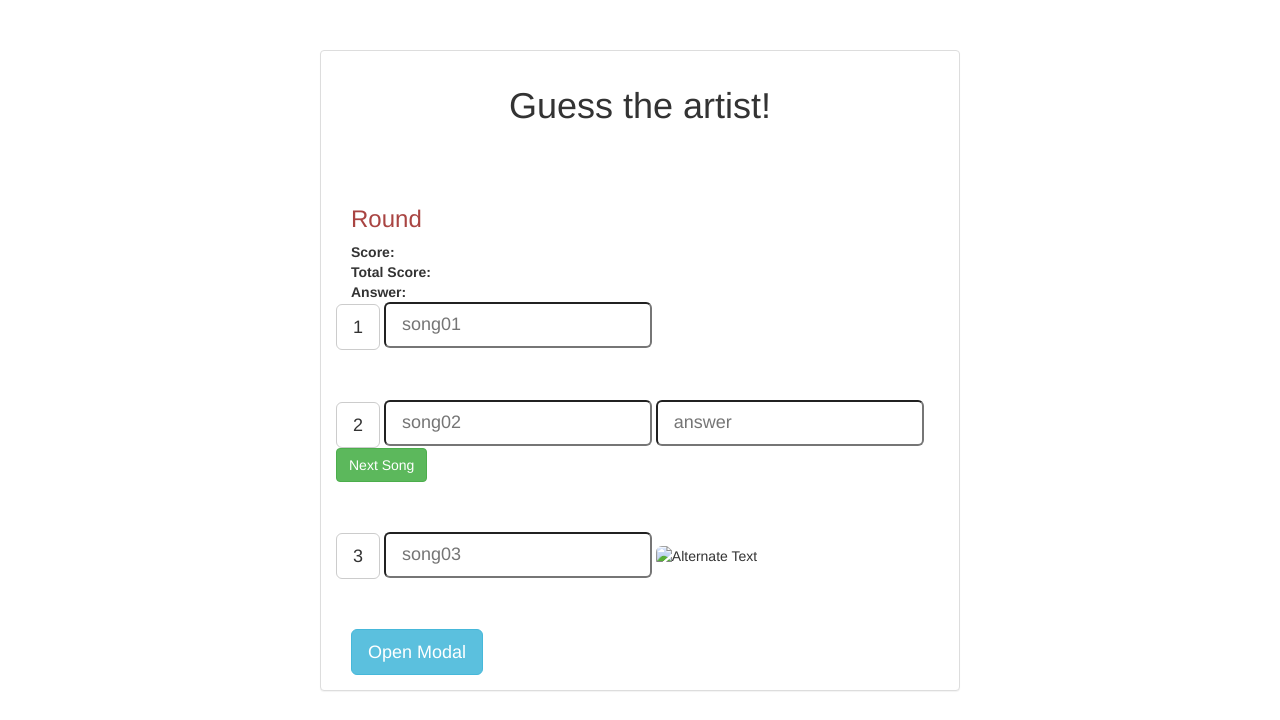
Repository: VladLevishevGIT/MyProjects
Page: Java/GuessTheArtistQuizWeb/WebContent/GuessTheArtist.html
An editor plug-in stored every save of this project. The page is shown before and after the next save, followed by the edit.
The browser window is 1280 px wide. The pictures show the whole page.
The page's requests for data from a server got no answer.

Above is the page before, as saved 2017-03-16 15:04:19.

After the next save:
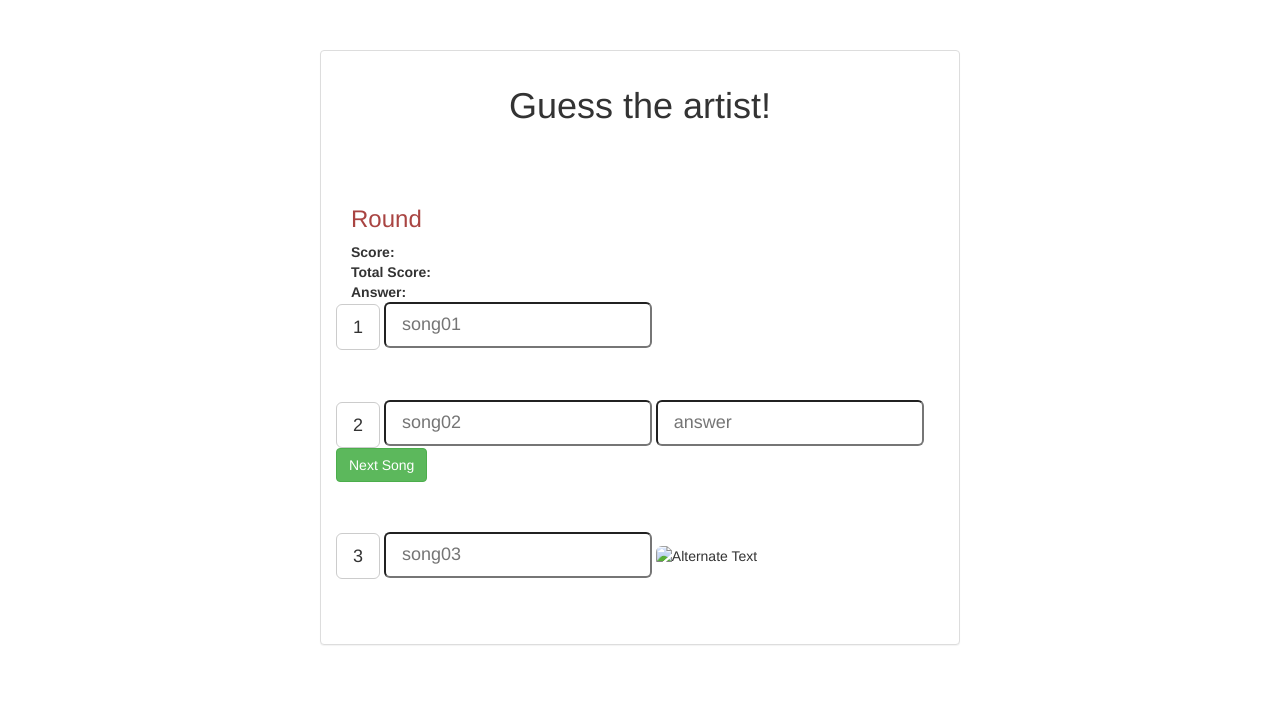
Saved 25 s later.
--- a/Java/GuessTheArtistQuizWeb/WebContent/GuessTheArtist.html
+++ b/Java/GuessTheArtistQuizWeb/WebContent/GuessTheArtist.html
@@ -50,14 +50,14 @@
                     </div>
                         <div style="height:50px"></div>
                     </div>
-                    <!-- Trigger the modal with a button -->
+<!--                     Trigger the modal with a button
 <button type="button" class="btn btn-info btn-lg" data-toggle="modal" data-target="#myModal">Open Modal</button>
 
-<!-- Modal -->
+Modal
 <div id="myModal" class="modal fade" role="dialog">
   <div class="modal-dialog">
 
-    <!-- Modal content-->
+    Modal content
     <div class="modal-content">
       <div class="modal-header">
         <button type="button" class="close" data-dismiss="modal">&times;</button>
@@ -72,7 +72,7 @@
     </div>
 
   </div>
-</div>
+</div> -->
             </div>
         </div>
 </body>

After the save that followed:
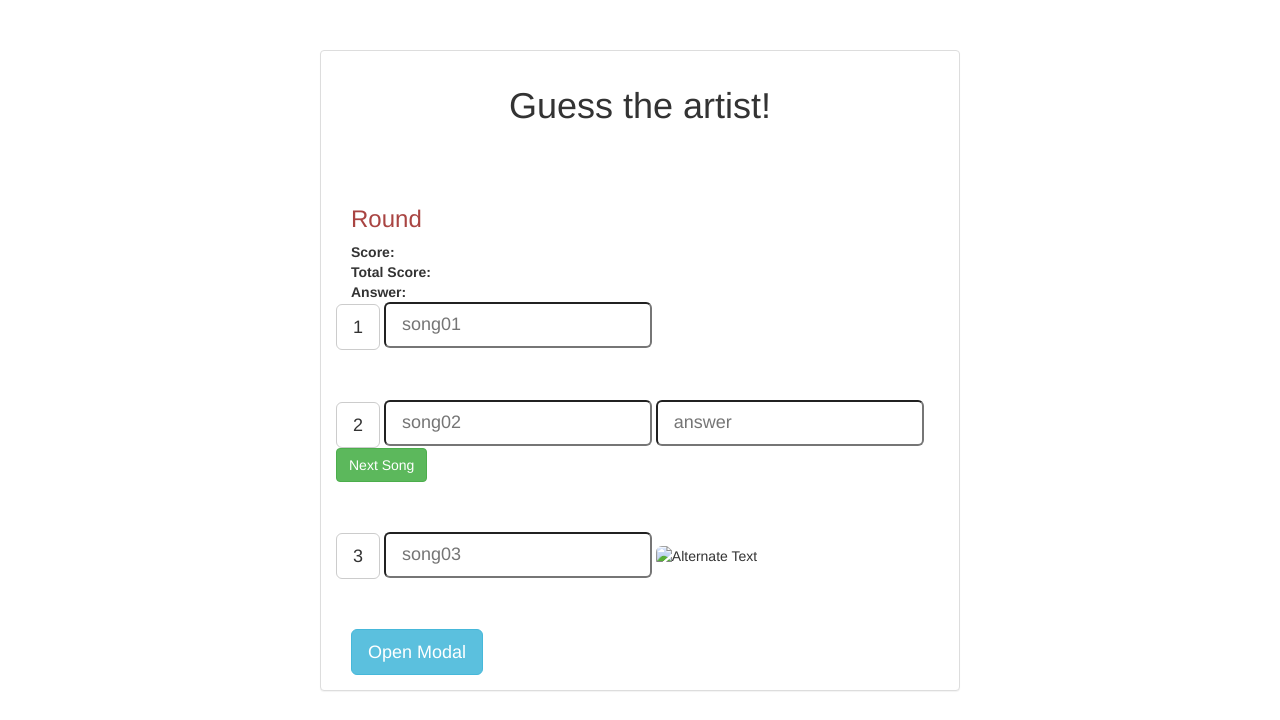
Saved 2 min 41 s later.
--- a/Java/GuessTheArtistQuizWeb/WebContent/GuessTheArtist.html
+++ b/Java/GuessTheArtistQuizWeb/WebContent/GuessTheArtist.html
@@ -50,14 +50,14 @@
                     </div>
                         <div style="height:50px"></div>
                     </div>
-<!--                     Trigger the modal with a button
+                    <!-- Trigger the modal with a button -->
 <button type="button" class="btn btn-info btn-lg" data-toggle="modal" data-target="#myModal">Open Modal</button>
 
-Modal
+<!-- Modal -->
 <div id="myModal" class="modal fade" role="dialog">
   <div class="modal-dialog">
 
-    Modal content
+    <!-- Modal content-->
     <div class="modal-content">
       <div class="modal-header">
         <button type="button" class="close" data-dismiss="modal">&times;</button>
@@ -72,7 +72,7 @@
     </div>
 
   </div>
-</div> -->
+</div>
             </div>
         </div>
 </body>
